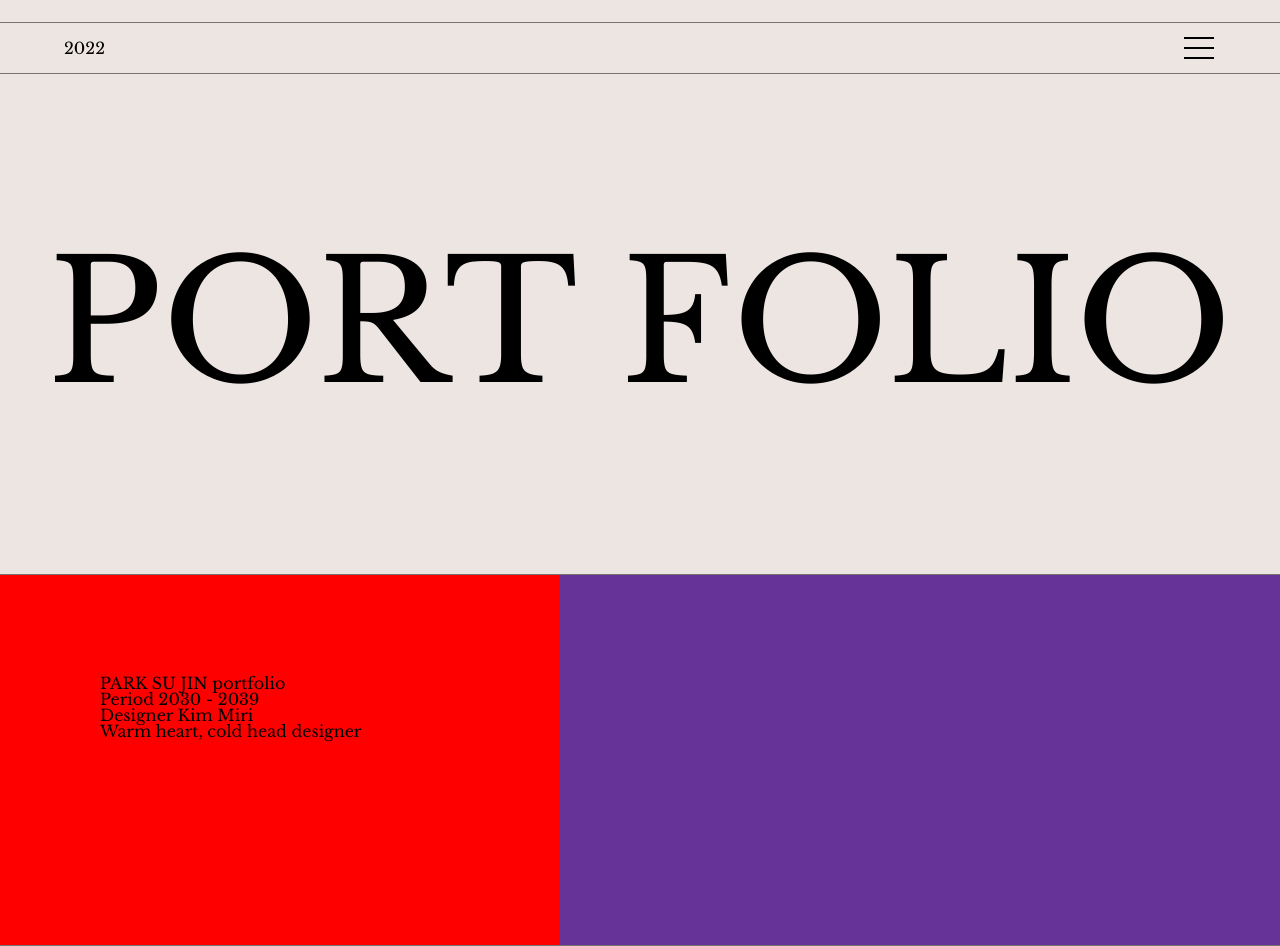
Repository: clsrnemfdml/portfolio_parksj_versiton1
Page: index.html
An editor plug-in stored every save of this project. The page is shown before and after a run of saves, followed by the edit.
The browser window is 1280 px wide. The pictures show the whole page.

Above is the page before, as saved 2021-09-02 07:22:49.

### index.html
<!DOCTYPE html>
<html lang="en">
<head>
    <meta charset="UTF-8">
    <meta http-equiv="X-UA-Compatible" content="IE=edge">
    <meta name="viewport" content="width=device-width, initial-scale=1.0">
    <title>parkjs portfolio</title>
    <meta name="descripsion" content="박수진의 포트폴리오 입니다.">
    <link rel="stylesheet" href="css/reset.css">
    <link rel="stylesheet" href="css/index.css">
    <style> @import url('https://fonts.googleapis.com/css2?family=Libre+Baskerville&display=swap');</style>
    <script src="js/index.js"></script>

</head>
<body>
    <div id="wrap">
        <section id="section1">
            <div class="menu">
                <p>2022</p>
                <span>
                </span>
            </div>
            <div class="content">
                <h6>PORT FOLIO</h6>
            </div>
            <div class="content_bottom">
                <div class="rsum1">
                    <p>PARK SU JIN portfolio</p>
                    <p>Period  2030 - 2039</p>
                    <p>Designer   Kim Miri</p>
                    <p>Warm heart, cold head designer</p>
                </div>
                <div class="rsum2"></div>
                <div class="rsum3"></div>
            </div>
        </section>
    </div>

</body>
</html>

### css/index.css


#wrap{width: 100%; height: auto;}




/*section1 */
#wrap #section1{height: 100vh; width: 100%; background: #ECE5E1;
    font-family: 'Libre Baskerville', serif;}
#wrap #section1 .menu{width: 100%; height: 50px; border-bottom: 1px solid #767371;
    border-top: 1px solid #767371; position: relative; top: 22px;

}
#wrap #section1 .menu p{line-height: 50px; padding-left: 5%; display: inline-block;}
#wrap #section1 .menu span{
    display: block;
    position: absolute;
    right: 4%;
    top: 50%;
    transform: translate(-50%, -50%);
    width: 30px;
    height: 2px;
    background: rgb(0, 0, 0);
    float: right;
}
    #wrap #section1 .menu span::before{
    content: '';
    width: 30px;
    height: 2px;
    background: rgb(0, 0, 0);
    position: absolute;
    left: 0;
    bottom: 10px;
    transform: rotate(0deg);
    transition-duration: .3s;
}
    #wrap #section1 .menu span::after{
        content: '';
        width: 30px;
        height: 2px;
        background: rgb(0, 0, 0);
        position: absolute;
        left: 0;
        top: 10px;
        transform: rotate(0deg);
        transition-duration: .3s;
    }

    #wrap #section1 .content{
        height: 500px; position: relative; width: 100%;
        font-size: 13vw;
        text-align: center;
        margin-top: 22px;
        border-bottom: 1px solid #767371;

    }
    #wrap #section1 .content h6{
        position: absolute;
        width: 100%;
        top: 50%;
        left: 50%;
        transform: translate(-50% , -50%);
        font-weight: 300;
    }

    #wrap #section1 .content_bottom{
        height: 370px;
        width: 100%;
        position: absolute;
        border-bottom: 1px solid #767371;
        display: flex;
    }


    #wrap #section1 .content_bottom > div{
        width: 33.333%;
        background: rebeccapurple;
    }

    #wrap #section1 .content_bottom .rsum1{
        background: red;
        padding: 100px;
    }

Loaded but not shown: css/reset.css (common file); js/index.js (no stored copy; drawn as an empty file)

After the next 2 saves:
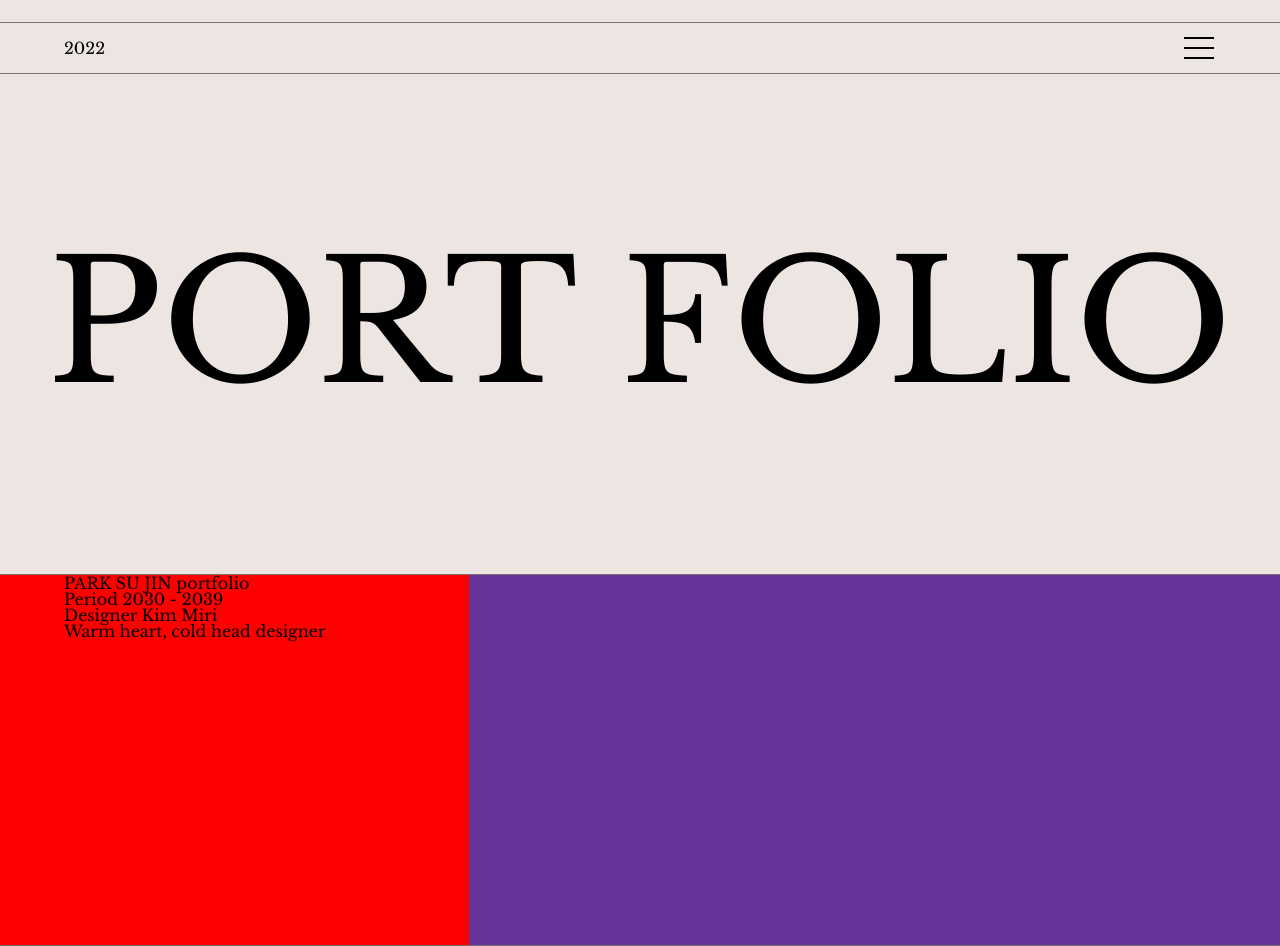
The 2 saves are shown as one change because they came seconds apart.
The last was saved 43 s later.
--- a/css/index.css
+++ b/css/index.css
@@ -80,5 +80,5 @@
 
     #wrap #section1 .content_bottom .rsum1{
         background: red;
-        padding: 100px;
+        padding-left: 5%;
     }
